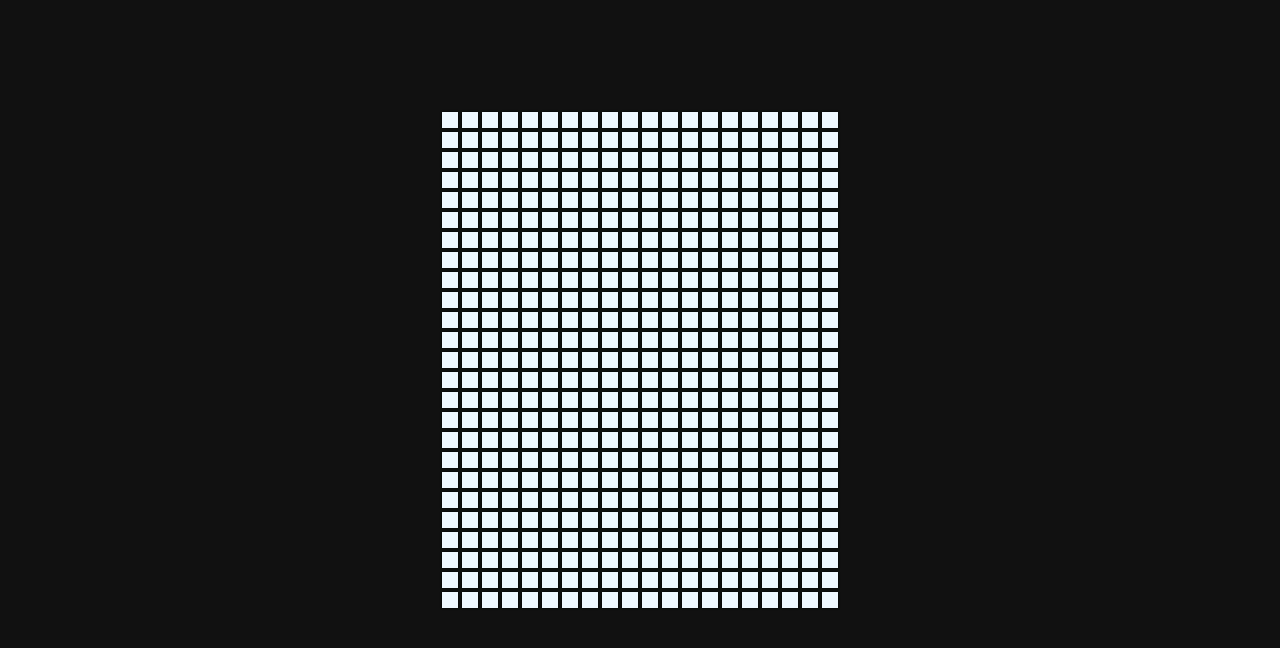
Repository: MorgunovaAlexandra/board-hover
Page: index.html
An editor plug-in stored every save of this project. The page is shown before and after the next save, followed by the edit.
The browser window is 1280 px wide. The pictures show the whole page.

Above is the page before, as saved 2022-07-01 15:00:25.

### index.html

<!DOCTYPE html>
<html lang="en">
<head>
  <meta charset="UTF-8" />
  <meta name="viewport" content="width=device-width, initial-scale=1.0" />
  <link rel="stylesheet" href="styles.css" />
  <title>Доска | Проект 4</title>
</head>
<body>
<div class="container" id="board">

</div>
<script src="./app.js"></script>
</body>
</html>

### styles.css
* {
  box-sizing: border-box;
}

body {
  background-color: #111;
  display: flex;
  align-items: center;
  justify-content: center;
  height: 100vh;
  overflow: hidden;
  margin: 0;
}
.container{
  display: flex;
  justify-content: center;
  align-items: center;
  flex-wrap: wrap;
  max-width: 400px;
}
.square{
width: 16px;
height: 16px;
background-color: aliceblue;
margin: 2px;
box-shadow: 0 0 2px rgb(0, 0, 0);
transition:  2s ease;
}
.square:hover{
  transition-duration:0s ;
}

### app.js
const board=document.querySelector('#board')
const colors=['yellow','green','blue']
const SQUERS_NUMBER=500;
for(let i=0;i<SQUERS_NUMBER;i++){
    const squre=document.createElement('div');
    squre.classList.add('square');
    squre.addEventListener('mousemove',()=>{
        setColor(squre)
    })
    squre.addEventListener('mouseleave',()=>{
      removeColor(squre)
    })
    board.append(squre)
}
function setColor(element){
    const color=getColor()
    element.style.backgroundColor=color
    element.style.boxShadow=`0 0 2px ${color}, 0 0 10px ${color} `
}
function removeColor(element){
    element.style.backgroundColor='aliceblue';
    element.style.boxShadow='0 0 2px black';
}
function getColor(){
    const index=Math.floor(Math.random()*colors.length)
    return colors[index]
}

After the next save:
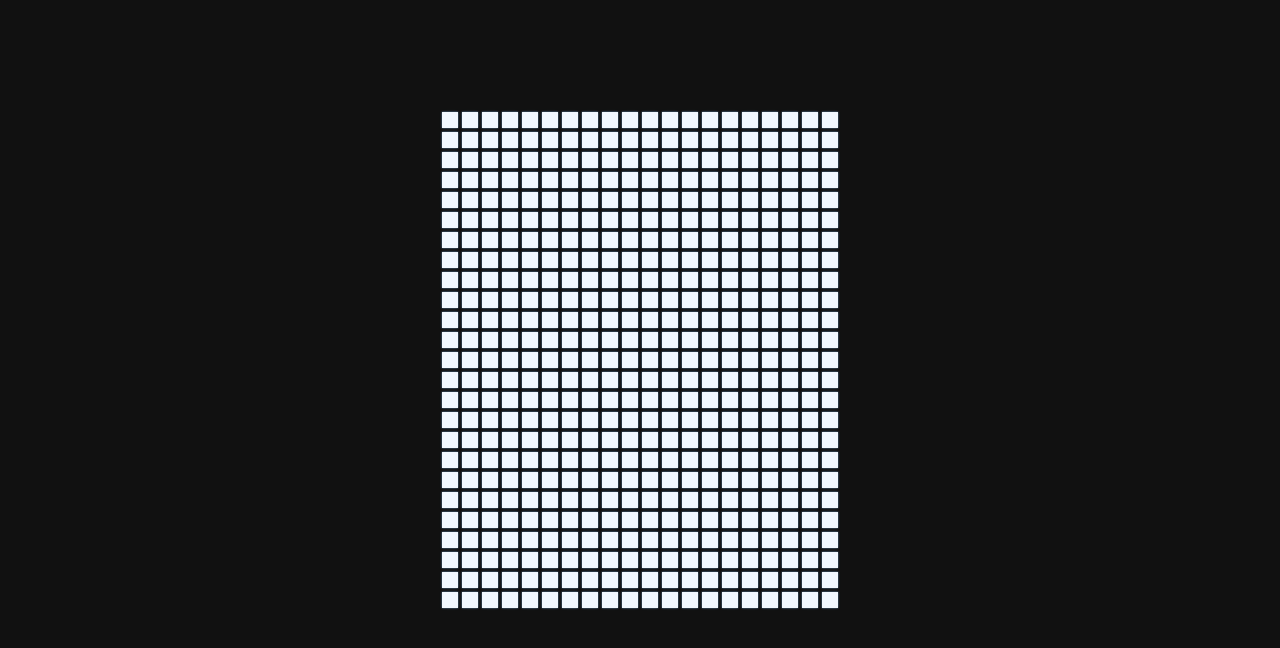
Saved 6 s later.
--- a/styles.css
+++ b/styles.css
@@ -23,7 +23,7 @@ width: 16px;
 height: 16px;
 background-color: aliceblue;
 margin: 2px;
-box-shadow: 0 0 2px rgb(0, 0, 0);
+box-shadow: 0 0 2px rgb(93, 140, 176);
 transition:  2s ease;
 }
 .square:hover{
